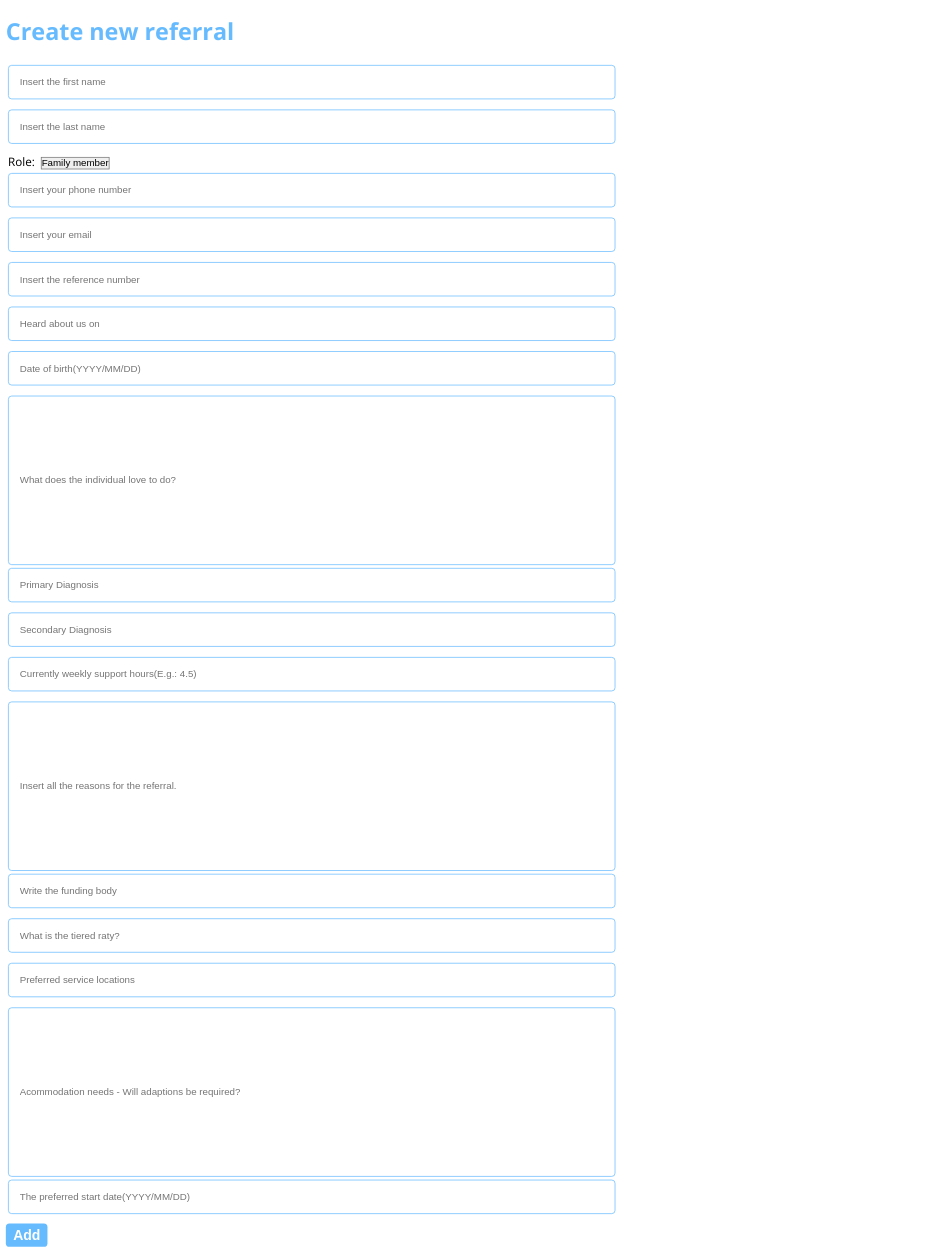
Repository: israelrodriguees/QAactivity
Page: http://localhost/referral/new_referral.jsp
The author's editor kept a copy of each file at every save. The page is drawn from the files as they stood at one save, then again after the next save.
The browser window is 1280 px wide. The pictures show the whole page, at 73% of full size.
The page is served by Tomcat 9.

Above is the page before, as saved 2021-08-23 14:46:18.

After the next save:
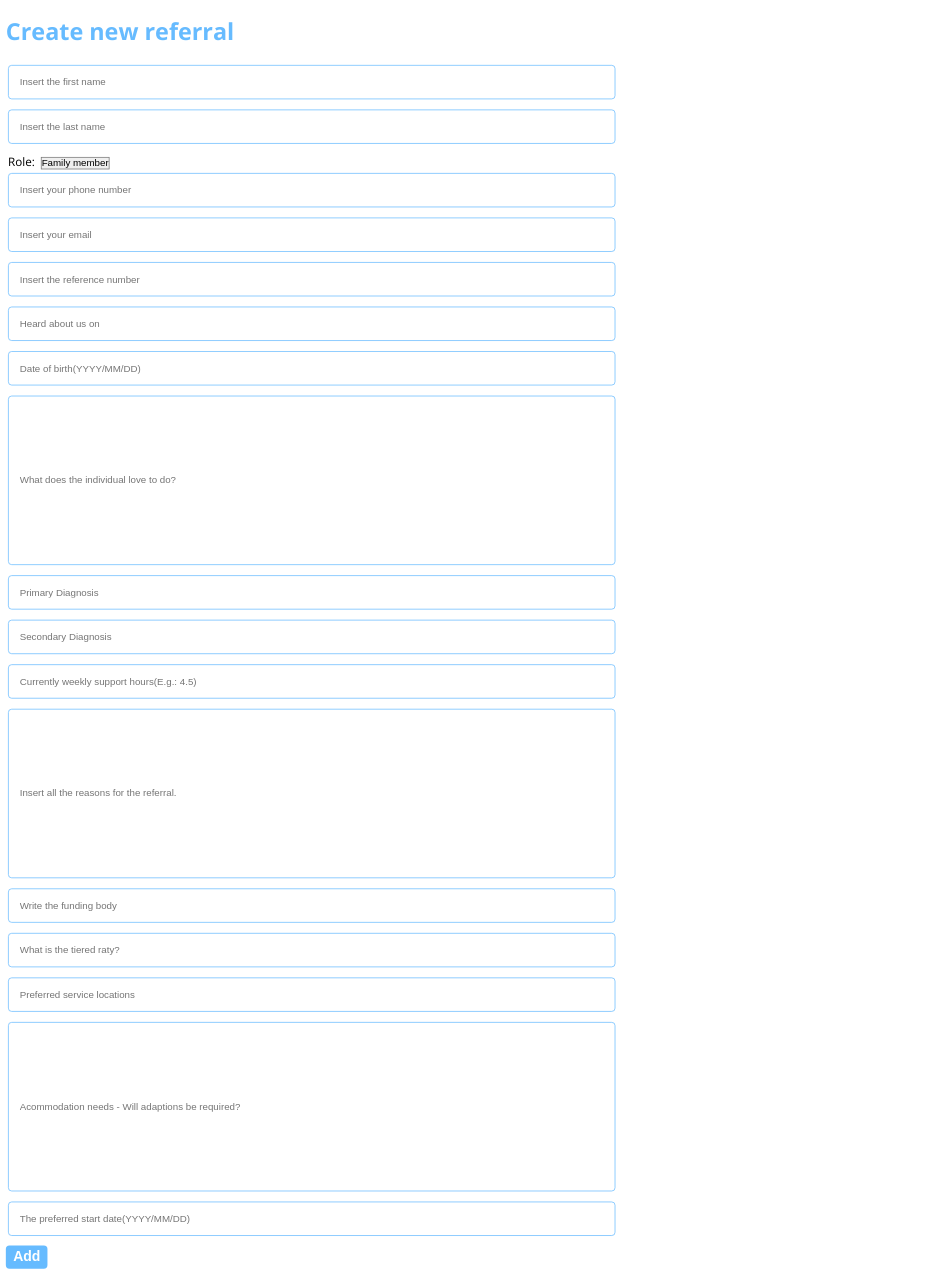
Saved 4 s later.
--- a/referral/src/main/webapp/style.css
+++ b/referral/src/main/webapp/style.css
@@ -38,7 +38,7 @@
 	width: 800px;
 	height: 200px;
 	padding: 15px;
-	maring-bottom: 10px;
+	margin-bottom: 10px;
 	border: 1px solid #66bbff;
 	border-radius: 5px;
 }
